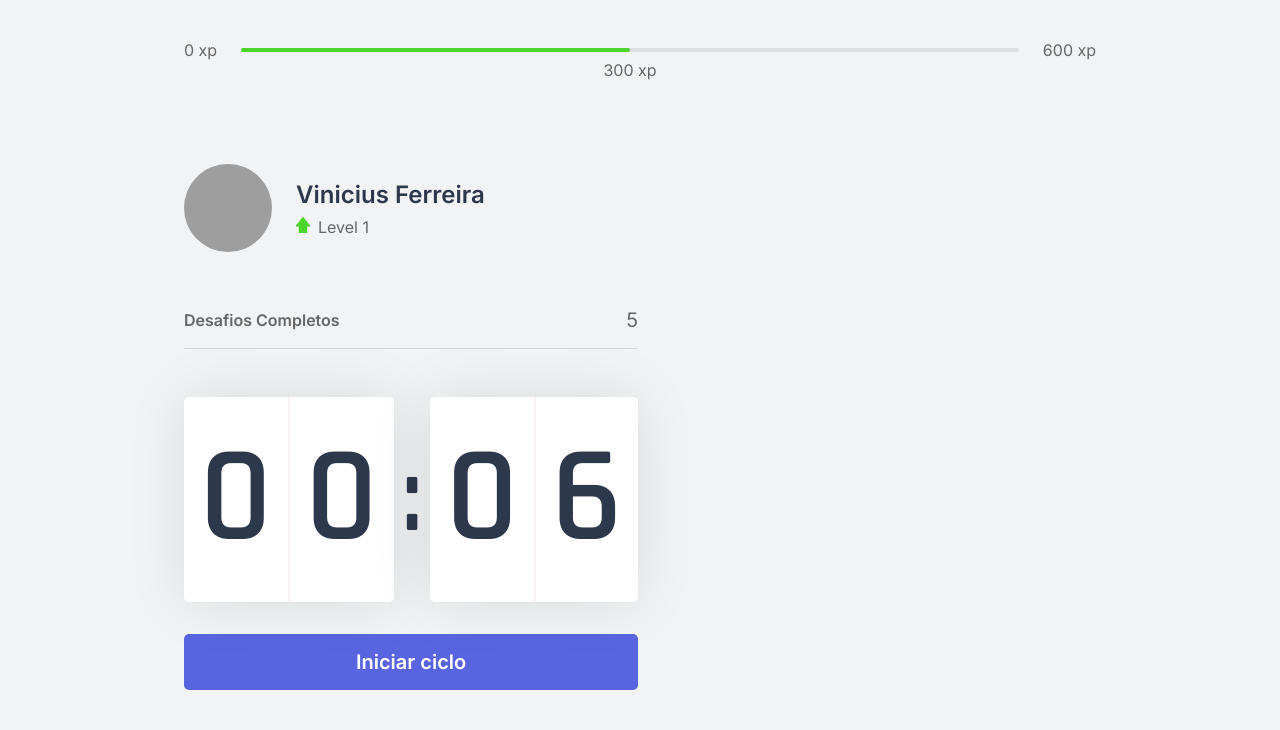
Repository: viniciusfg05/nlwFocus
Page: /
These files come from the project's save history. The page is drawn as it stood at one moment and after the next save; the edit follows.
The browser window is 1280 px wide. The pictures show the whole page.
Pictures or frames that could not be fetched are drawn as grey boxes. The project was rebuilt for these pictures with package versions that can differ from the ones it lists, and the page was loaded fresh each time. The framework's server and built-in components were replaced by stand-ins that run in the browser.

Above is the page before, as saved 2022-02-28 10:39:12.

After the next save:
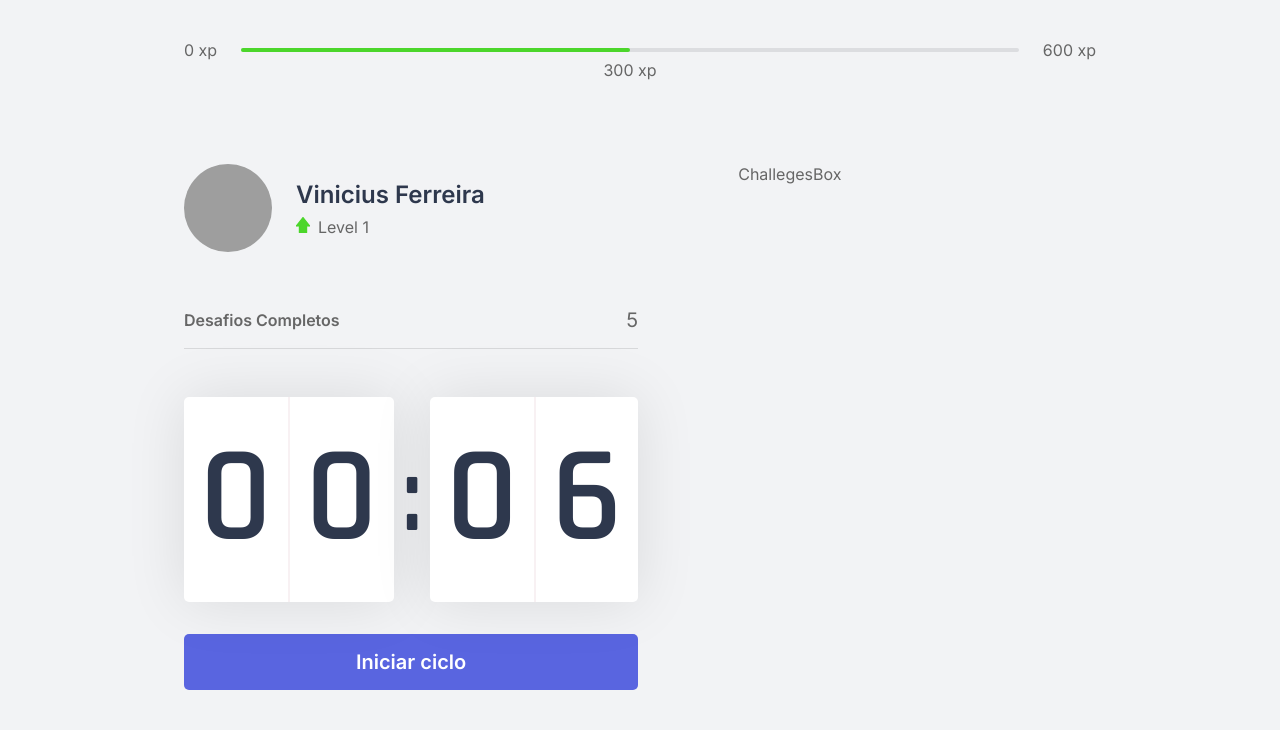
Saved 26 s later.
--- a/src/pages/index.tsx
+++ b/src/pages/index.tsx
@@ -23,6 +23,7 @@ export default function Home() {
           <CountDown />
         </div>
         <div>
+        ChallegesBox
         </div>
       </section>
 
